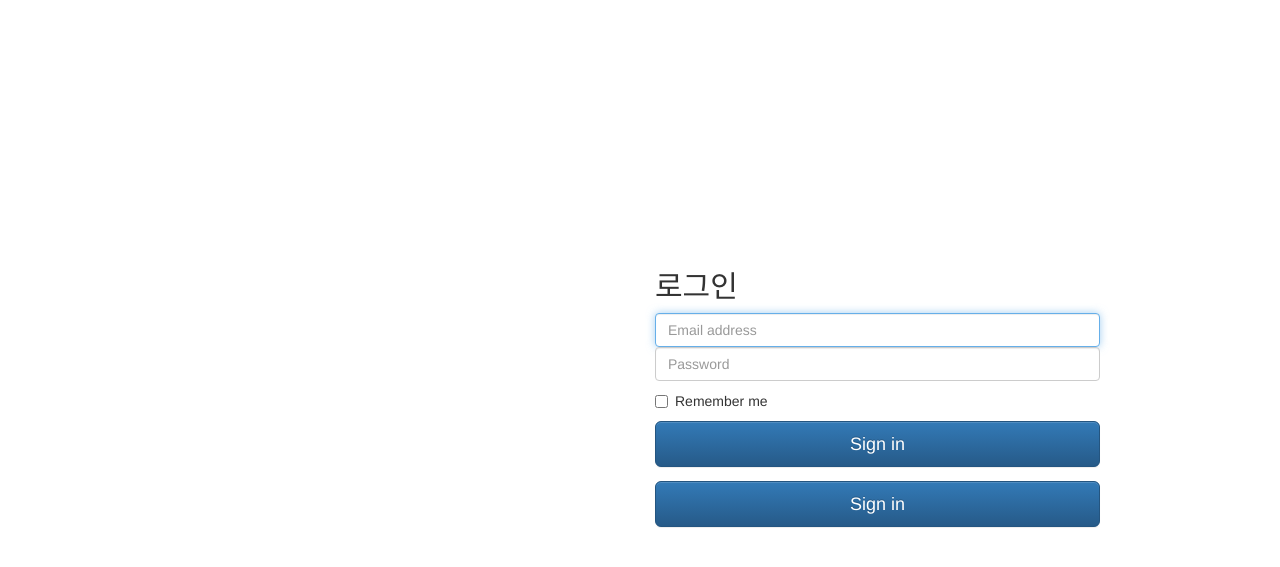
Repository: hrhwbp/Acorn-Final-Project
Page: http://localhost/final_project/index.jsp
An editor plug-in stored every save of this project. The page is shown before and after the next save, followed by the edit.
The browser window is 1280 px wide. The pictures show the whole page.
Some web libraries are served in a nearby version. The page is served by Tomcat 9. Nobody is signed in. The application's start-up code is not run. Other server files are loaded and not shown.

Above is the page before, as saved 2016-10-26 03:26:33.

### final_project/src/main/webapp/index.jsp
<%@ page language="java" contentType="text/html; charset=UTF-8"
	pageEncoding="UTF-8"%>
<!DOCTYPE html">
<html>
<head>
<meta http-equiv="Content-Type" content="text/html; charset=UTF-8">
<title>Insert title here</title>
<!-- 합쳐지고 최소화된 최신 CSS -->
<link rel="stylesheet"
	href="https://maxcdn.bootstrapcdn.com/bootstrap/3.3.2/css/bootstrap.min.css">
<!-- 부가적인 테마 -->
<link rel="stylesheet"
	href="https://maxcdn.bootstrapcdn.com/bootstrap/3.3.2/css/bootstrap-theme.min.css">
<!-- 합쳐지고 최소화된 최신 자바스크립트 -->
<script
	src="https://ajax.googleapis.com/ajax/libs/jquery/3.1.1/jquery.min.js"></script>
<script
	src="https://maxcdn.bootstrapcdn.com/bootstrap/3.3.2/js/bootstrap.min.js"></script>
</head>
<body>
<div class="container" style="padding-top: 250px">
	<div class="container col-md-5 col-md-offset-1">

	</div>
	<div class="container col-md-5">
		<form class="form-signin">
			<h2 class="form-signin-heading text-senter">로그인</h2>
			<label for="inputEmail" class="sr-only">Email address</label> <input
				type="email" id="inputEmail" class="form-control"
				placeholder="Email address" required autofocus> <label
				for="inputPassword" class="sr-only">Password</label> <input
				type="password" id="inputPassword" class="form-control"
				placeholder="Password" required>
			<div class="checkbox">
				<label> <input type="checkbox" value="remember-me">
					Remember me
				</label>
			</div>
			<button class="btn btn-lg btn-primary btn-block" type="submit">Sign
				in</button>
		</form>
		<button class="btn btn-lg btn-primary btn-block" type="button">Sign
				in</button>
	</div>
</div>
</body>
</html>

After the next save:
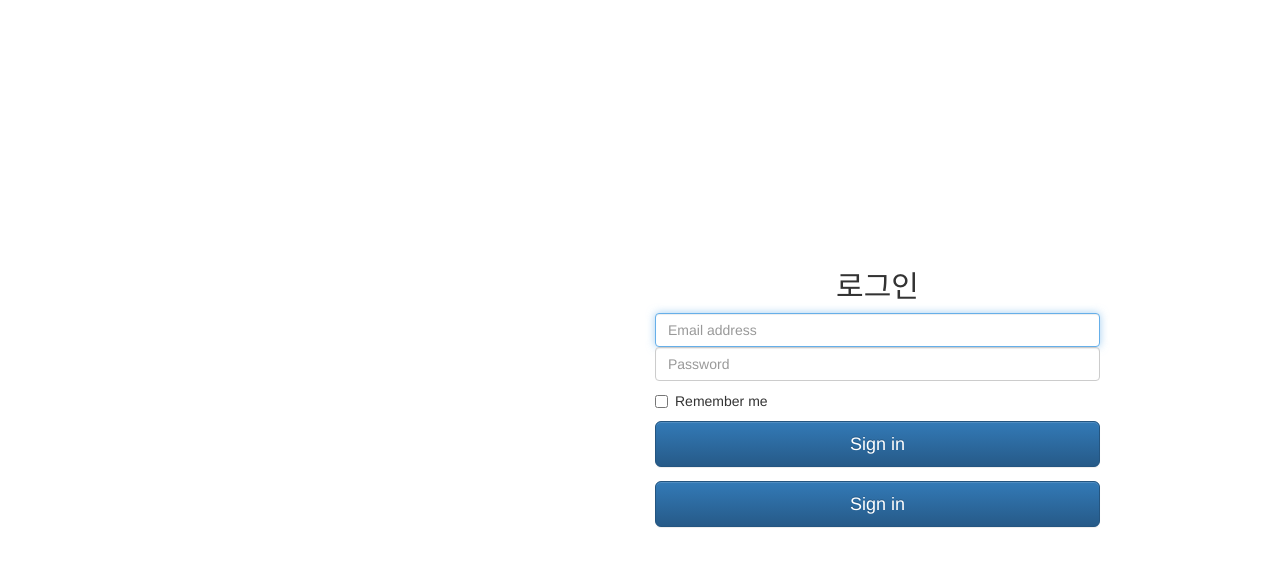
Saved 66 s later.
--- a/final_project/src/main/webapp/index.jsp
+++ b/final_project/src/main/webapp/index.jsp
@@ -24,7 +24,7 @@
 	</div>
 	<div class="container col-md-5">
 		<form class="form-signin">
-			<h2 class="form-signin-heading text-senter">로그인</h2>
+			<h2 class="form-signin-heading text-center">로그인</h2>
 			<label for="inputEmail" class="sr-only">Email address</label> <input
 				type="email" id="inputEmail" class="form-control"
 				placeholder="Email address" required autofocus> <label
